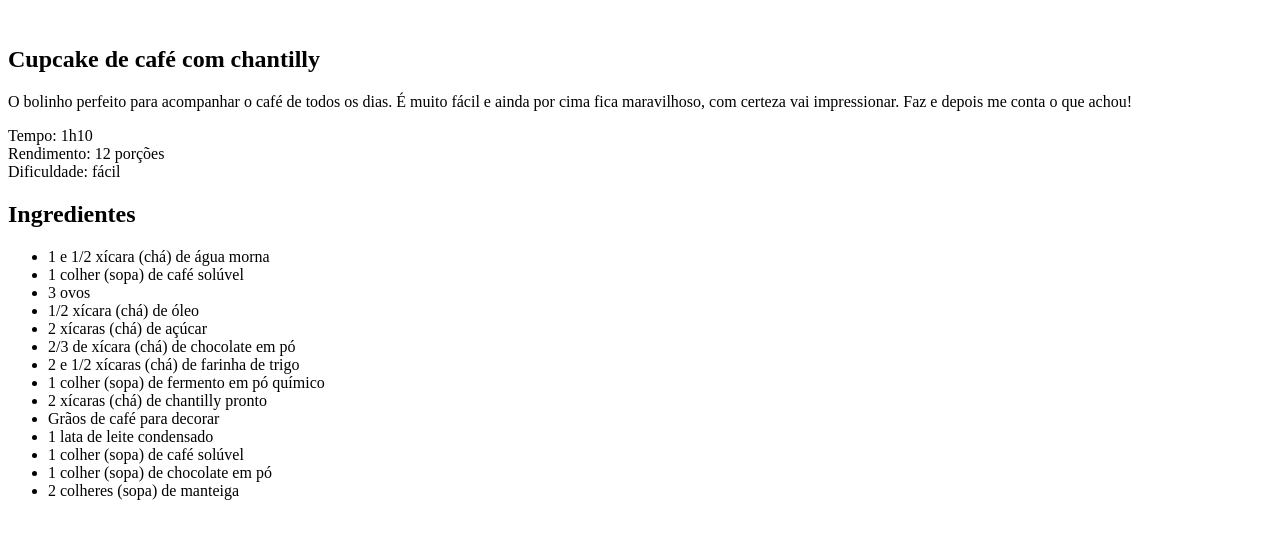
Repository: mati3110/full-stack
Page: Projeto_Receitas/index.html
An editor plug-in stored every save of this project. The page is shown before and after the next save, followed by the edit.
The browser window is 1280 px wide. The pictures show the whole page.

Above is the page before, as saved 2025-02-27 14:12:51.

After the next save:
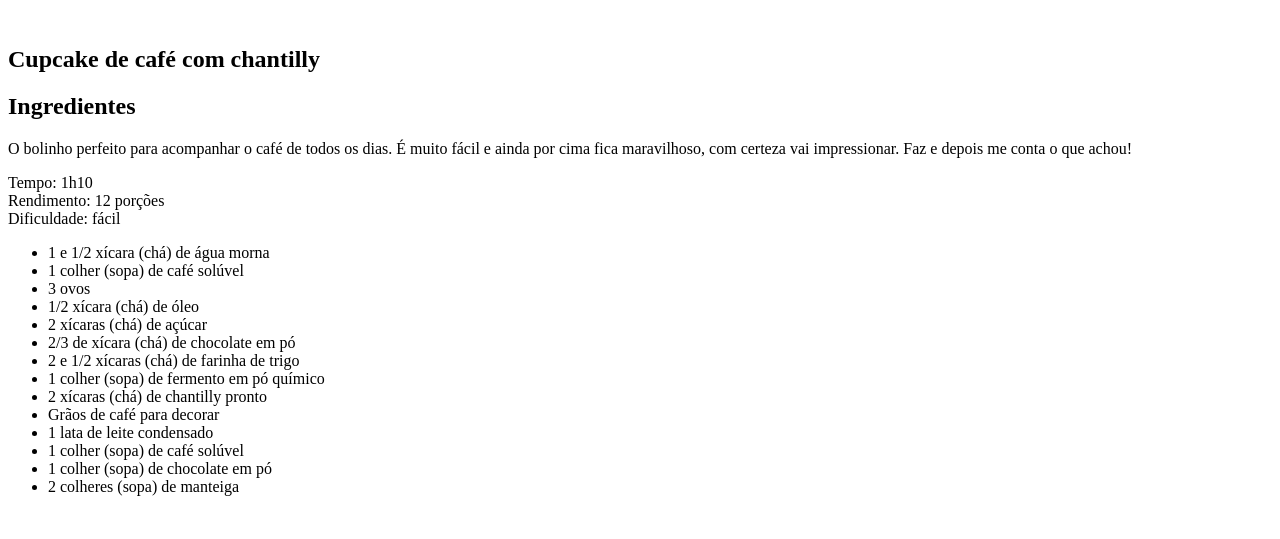
Saved 90 s later.
--- a/Projeto_Receitas/index.html
+++ b/Projeto_Receitas/index.html
@@ -12,6 +12,7 @@
             <main>
                 <section id="about">
                     <h1>Cupcake de café com chantilly</h1>
+                    <h2>Ingredientes</h2>
                     <p>
                         O bolinho perfeito para acompanhar o café de todos os dias. É muito fácil e ainda por cima fica maravilhoso, com certeza vai impressionar. Faz e depois me conta o que achou!
                     </p>
@@ -22,7 +23,7 @@
                     </p>
                 </section>
                 <section id="ingredients">
-                    <h2>Ingredientes</h2>
+
                     <ul>
                         <li>1 e 1/2 xícara (chá) de água morna</li>
                         <li>1 colher (sopa) de café solúvel</li>
